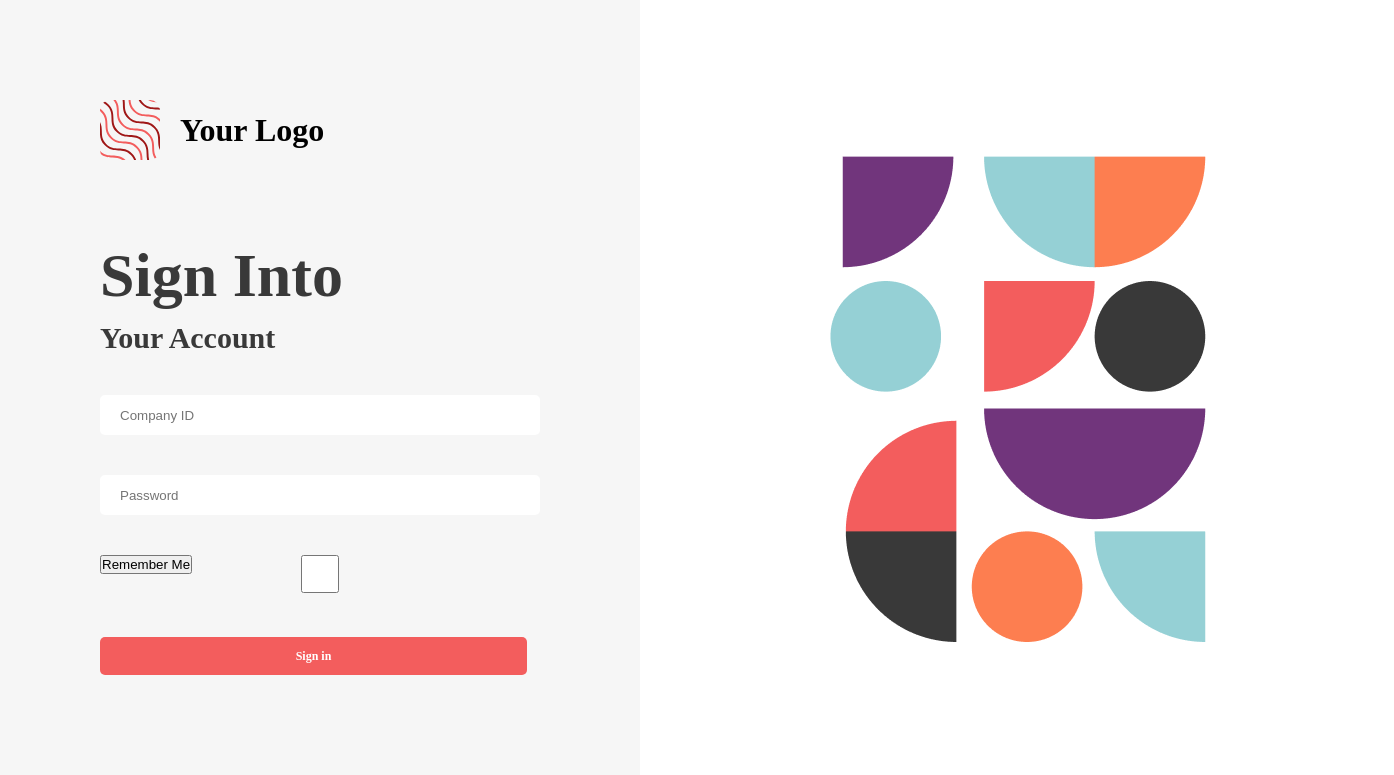
Repository: kubrazamanova/Form-lesson2
Page: index.html
These files come from the project's save history. The page is drawn as it stood at one moment and after a run of saves; the edit follows.
The browser window is 1280 px wide. The page is 1394 px wide, so the pictures cover 1394 px, including what lies to the right of the window. The pictures show the whole page.

Above is the page before, as saved 2023-10-28 10:25:54.

After the next 2 saves:
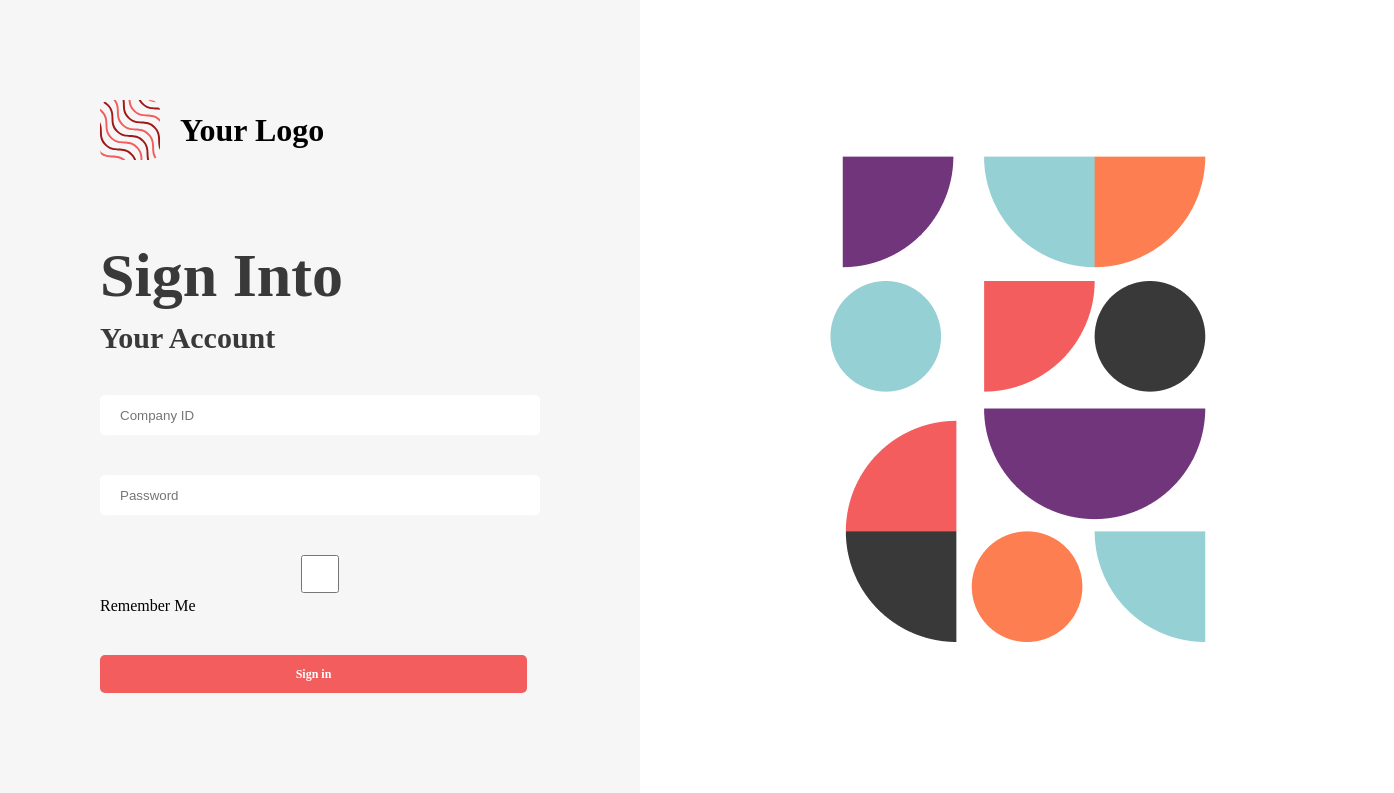
The 2 saves are shown as one change because they came seconds apart.
The last was saved 23 s later.
--- a/index.html
+++ b/index.html
@@ -78,7 +78,7 @@
           <input type="password" placeholder="Password" />
           <div class="remember">
             <input type="checkbox" />
-            <button>Remember Me</button>
+            <span>Remember Me</span>
           </div>
           <button class="sign">Sign in</button>
         </form>
